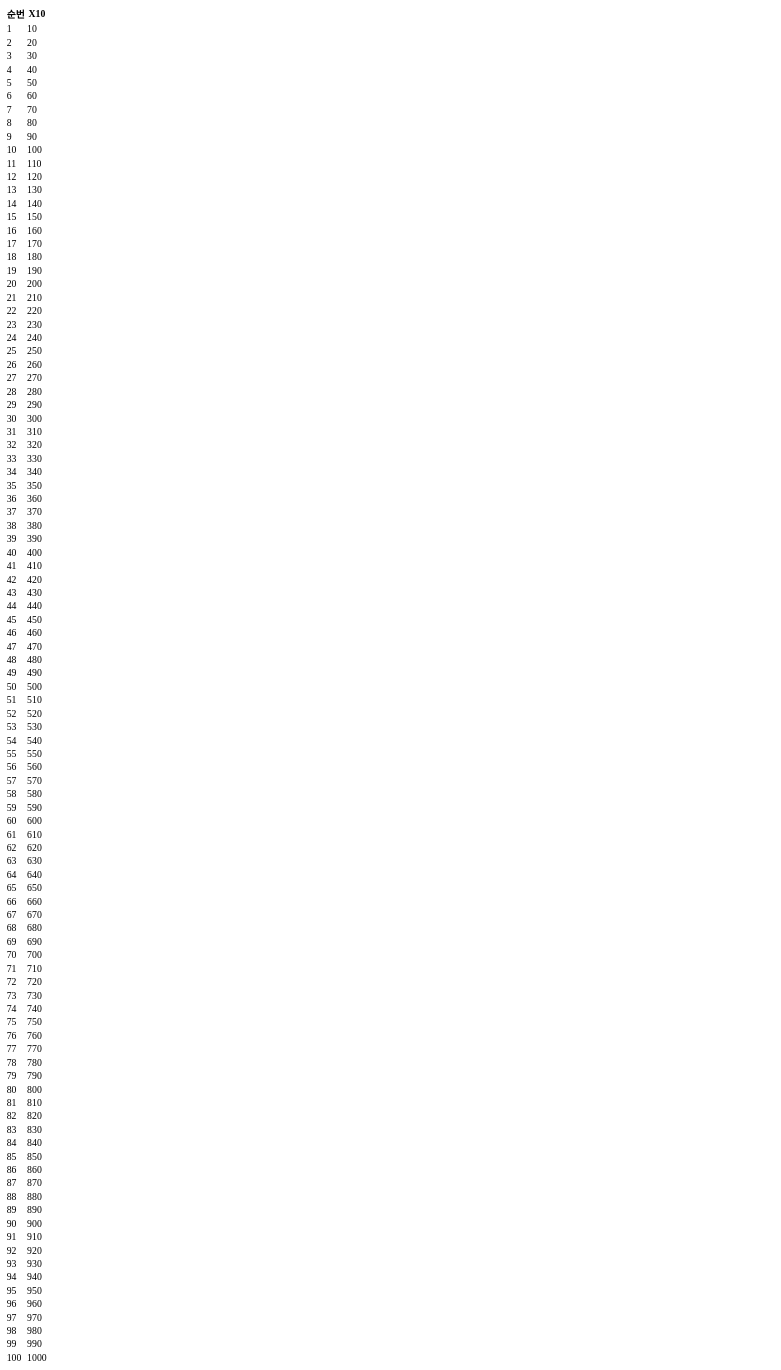
Repository: hus0124/M-IT
Page: http://localhost/Test2/table.jsp
The author's editor kept a copy of each file at every save. The page is drawn from the files as they stood at one save, then again after the next save.
The browser window is 1280 px wide. The pictures show the whole page, at 61% of full size.
The page is served by Tomcat 9.

Above is the page before, as saved 2019-12-31 07:26:22.

### JSP_Workspaces/Test2/WebContent/table.jsp
<%@ page language="java" contentType="text/html; charset=EUC-KR"
    pageEncoding="EUC-KR"%>
<!DOCTYPE html PUBLIC "-//W3C//DTD HTML 4.01 Transitional//EN" "http://www.w3.org/TR/html4/loose.dtd">
<html>
<head>
<meta http-equiv="Content-Type" content="text/html; charset=EUC-KR">
<title>Insert title here</title>
</head>
<body>
<table>
<th>순번</th><th>X10</th>
<%
for(int i = 1; i < 101; i++){ %>
	<tr><td><%=i %></td>
	<td><%=i*10 %></td></tr>
<% } %>


</table>
</body>
</html>

After the next save:
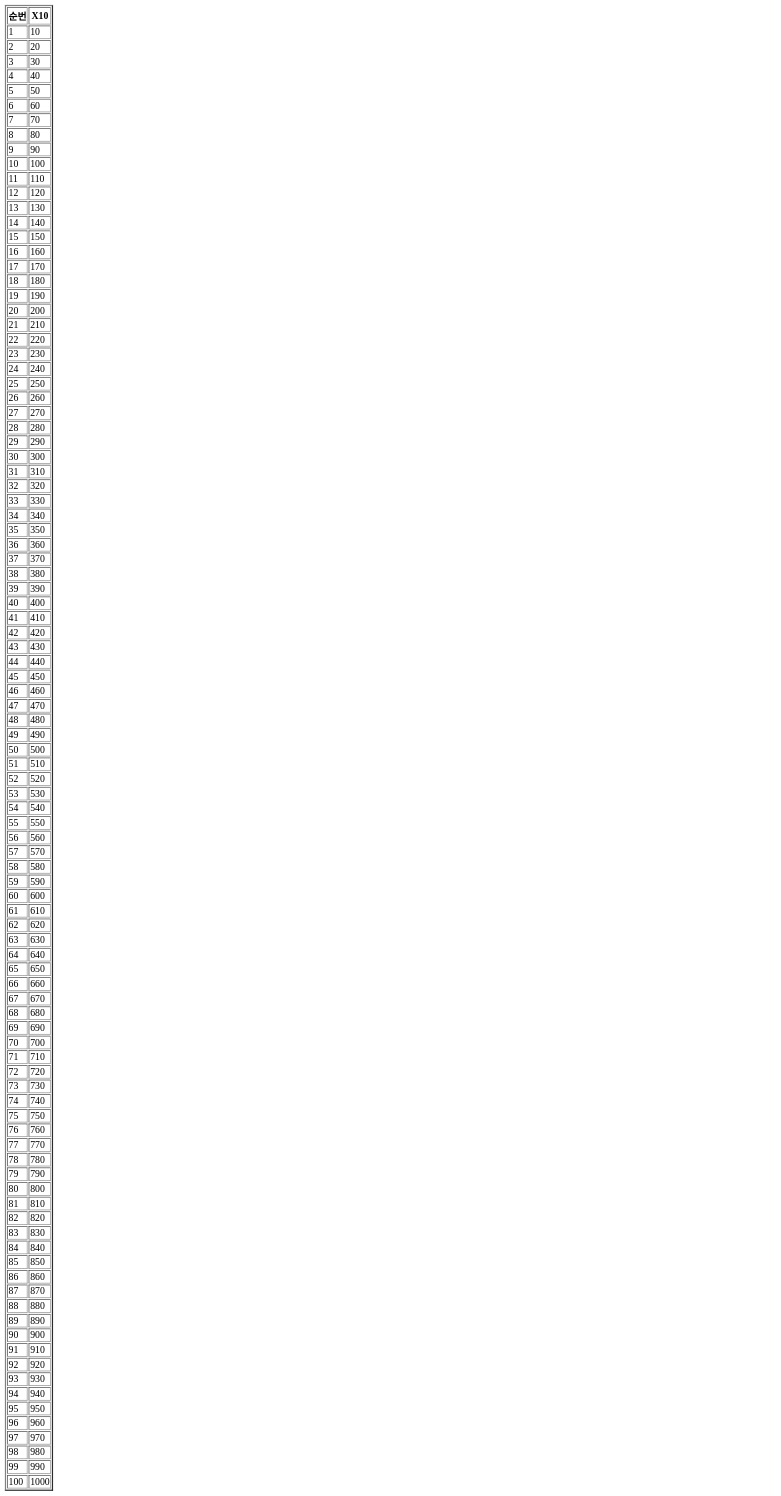
Saved 65 s later.
--- a/JSP_Workspaces/Test2/WebContent/table.jsp
+++ b/JSP_Workspaces/Test2/WebContent/table.jsp
@@ -7,7 +7,7 @@
 <title>Insert title here</title>
 </head>
 <body>
-<table>
+<table border="2">
 <th>순번</th><th>X10</th>
 <%
 for(int i = 1; i < 101; i++){ %>
